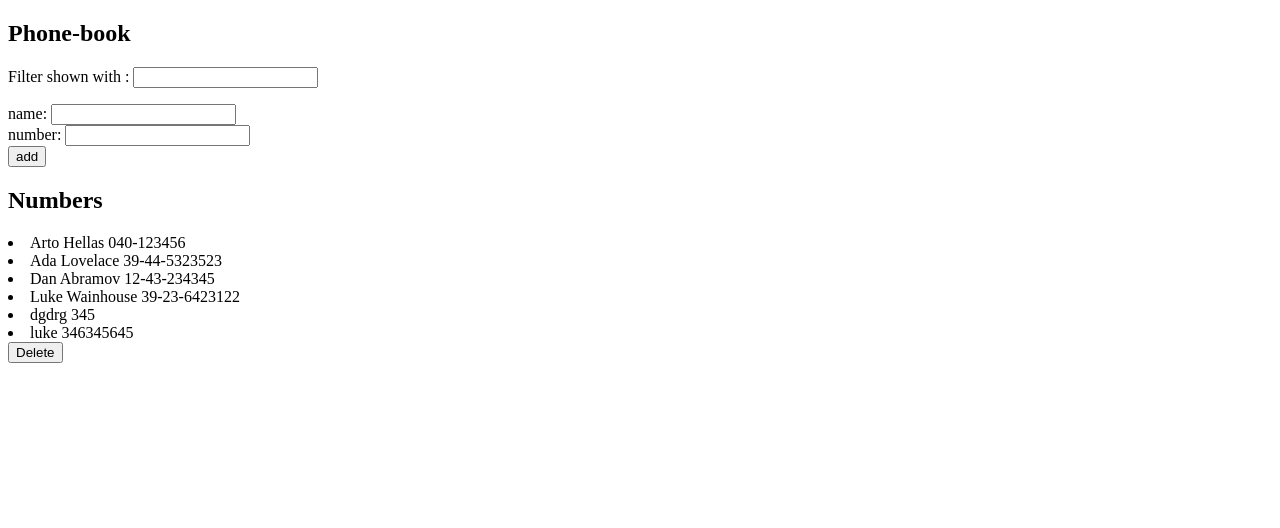
Repository: Wainhouse/Full_Stack_Open_2022
Page: / (app in part2/phonebook/)
These files come from the project's save history. The page is drawn as it stood at one moment and after the next save; the edit follows.
The browser window is 1280 px wide. The pictures show the whole page.
The project was rebuilt for these pictures with package versions that can differ from the ones it lists, and the page was loaded fresh each time. Requests to the local data server were answered from the project's data file.

Above is the page before, as saved 2022-12-06 11:50:13.

### part2/phonebook/src/App.js
import { useState, useEffect } from "react";
import Persons from "./components/Persons";
import { Form } from "./components/Form";
import { Search } from "./components/Search";
import personsService from './services/Persons'

const App = () => {
  const [persons, setPersons] = useState([]);
  const [newName, setNewName] = useState("");
  const [newNumber, setNewNumber] = useState("");
  const [filterName, setFilterName] = useState("");
  const [personsSearch, setPersonsSearch] = useState([]);

  useEffect(() => {
    personsService
      .getAll()
      .then(initialPersons => {
        setPersons(initialPersons);
        setPersonsSearch(initialPersons);
      });
  }, []);

  const deletePerson = (name, id) => {
    if (window.confirm(`Delete ${name}?`)) {
      personsService.remove(id).then((response) => {
        const updatedPersons = persons.filter((person) => person.id !== id);
        setPersons(updatedPersons);
        setPersonsSearch(updatedPersons);
      });
    }
};

  const addPerson = (event) => {
    event.preventDefault();
    const nameObject = {
      name: newName,
      number: newNumber
    };

    personsService
      .create(nameObject)
      .then(returnedAddPerson => {
        setPersons(persons.concat(returnedAddPerson))
        setNewName('')
        setNewNumber('')
      })


    if (persons.some((person) => person.name === newName)) {
      alert(`${newName} already exists`);
    } else {
      setPersons(persons.concat(nameObject));
      setPersonsSearch(persons.concat(nameObject));
      setNewName("");
      setNewNumber("");
    }
  };


  const handlePersonChange = (event) => {
    console.log(event.target.value);
    setNewName(event.target.value);

  };

  const handleNumberChange = (event) => {
    setNewNumber(event.target.value);
  };

  const handleSearch = (event) => {
    const search = event.target.value;
    setFilterName(search);
    setPersonsSearch(
        persons.filter((person) => person.name.toLowerCase().includes(search))
      );
  };


  return (
    <>
      <h2>Phone-book</h2>
      <Search
      filterName={filterName}
      handleSearch={handleSearch}/>
      <Form
      addPerson = {addPerson}
      newName = {newName}
      newNumber = {newNumber}
      handlePersonChange = {handlePersonChange}
      handleNumberChange = {handleNumberChange}
      />
      <h2>Numbers</h2>
      <div> {personsSearch.map((person) => (
        <Persons key={person.name} person={person} number={newNumber}/>))
        }

        </div>
        <div key={persons.name}>
            {persons.name}{persons.number}
            <button onClick={() => deletePerson(persons.id, persons.name)} type="delete">Delete</button>
        </div>
    </>
  );
};

export default App;

### part2/phonebook/src/components/Persons.js
const Person = ({ person }) => {

  return <li>{person.name} {person.number}
  </li>;
};

export default Person;

### part2/phonebook/src/components/Form.js
import React from "react";

export const Form = ({addPerson, newName, newNumber, handlePersonChange, handleNumberChange}) => {
  return (
    <div>
      <form onSubmit={addPerson}>
        <div>
          name: <input value={newName} onChange={handlePersonChange} />
          <br />
          number: <input value={newNumber} onChange={handleNumberChange} />
        </div>
        <div>
          <button type="submit">add</button>
        </div>
      </form>
    </div>
  );
};

### part2/phonebook/src/components/Search.js
import React from 'react'

export const Search = ({filterName, handleSearch}) => {
  return (
<p>
    Filter shown with : <input value={filterName} onChange={handleSearch} />
</p>  )
}

### part2/phonebook/src/services/Persons.js
import axios from 'axios'
const baseUrl = 'http://localhost:3002/persons'

const getAll = () => {
  const request = axios.get(baseUrl)

  return request.then((response) => response.data)
}

const create = nameObject => {
  const request = axios.post(baseUrl, nameObject)
  return request.then((response) => response.data)
}

const deleteRequest = (id) => {
    const request = axios.delete(`${baseUrl}/${id}`)
    return request.then((response) => response.data)
  }

export default { getAll, create, deleteRequest }

### part2/phonebook/db.json
{
  "persons": [
    {
      "name": "Arto Hellas",
      "number": "040-123456",
      "id": 1
    },
    {
      "name": "Ada Lovelace",
      "number": "39-44-5323523",
      "id": 2
    },
    {
      "name": "Dan Abramov",
      "number": "12-43-234345",
      "id": 3
    },
    {
      "name": "Luke Wainhouse",
      "number": "39-23-6423122",
      "id": 4
    },
    {
      "name": "dgdrg",
      "number": "345",
      "id": 5
    },
    {
      "name": "luke",
      "number": "346345645",
      "id": 6
    }
  ]
}

Loaded but not shown: part2/phonebook/public/index.html (common file); part2/phonebook/src/index.js (common file)

After the next save:
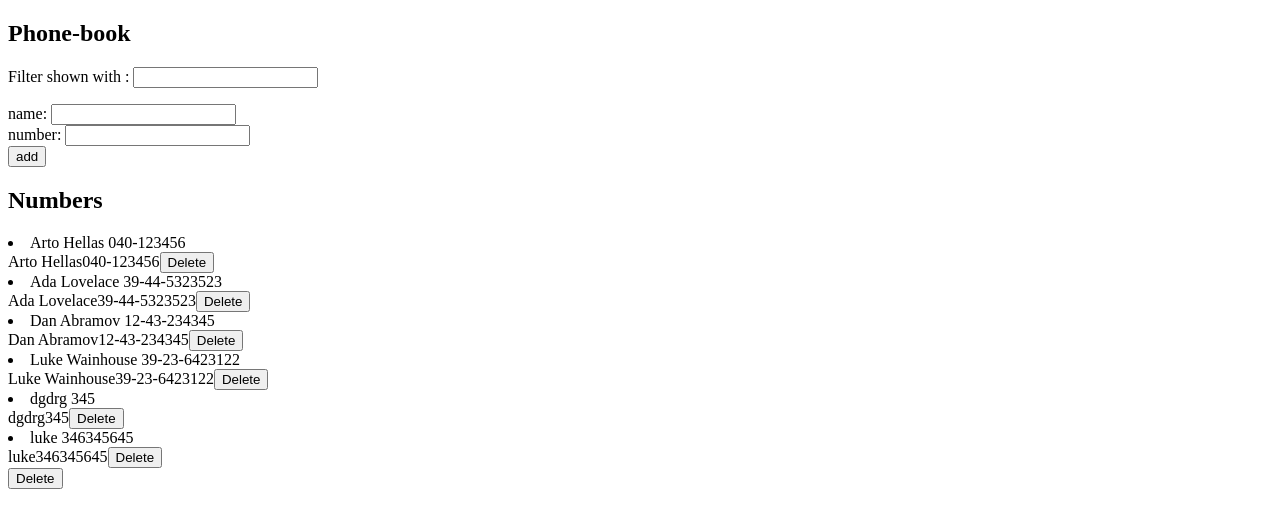
Saved 3 min 5 s later.
--- a/part2/phonebook/src/components/Persons.js
+++ b/part2/phonebook/src/components/Persons.js
@@ -1,6 +1,12 @@
+import deletePerson from '../App'
+
 const Person = ({ person }) => {
 
   return <li>{person.name} {person.number}
+  <div key={person.name}>
+            {person.name}{person.number}
+            <button onClick={() => deletePerson(person.id, person.name)} type="delete">Delete</button>
+        </div>
   </li>;
 };
 
